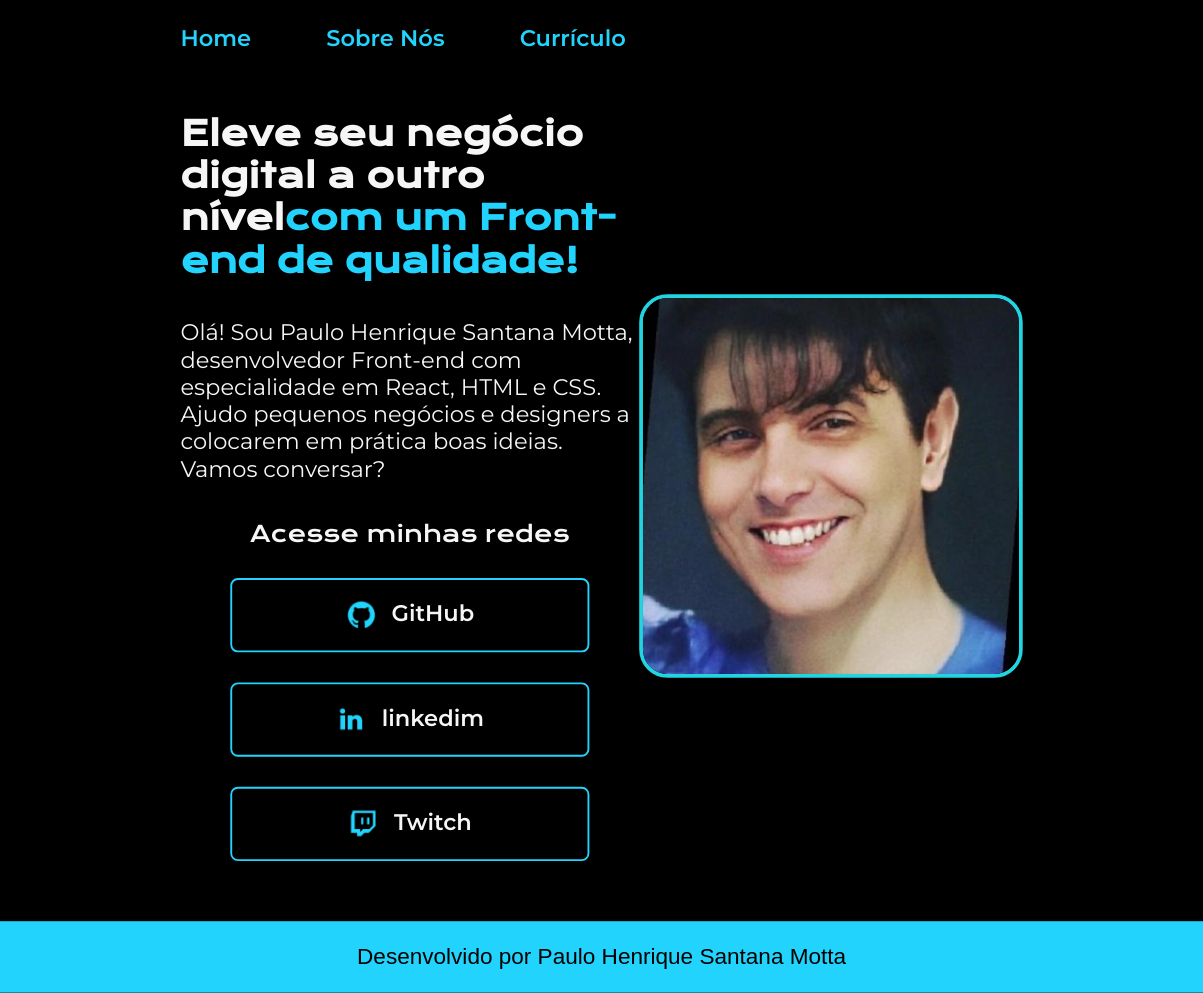
Repository: phsmottanerd/projeto-portfolio-alura
Page: index.html
These files come from the project's save history. The page is drawn as it stood at one moment and after the next save; the edit follows.
The browser window is 1280 px wide. The pictures show the whole page, at 94% of full size.

Above is the page before, as saved 2025-01-28 01:19:38.

After the next save:
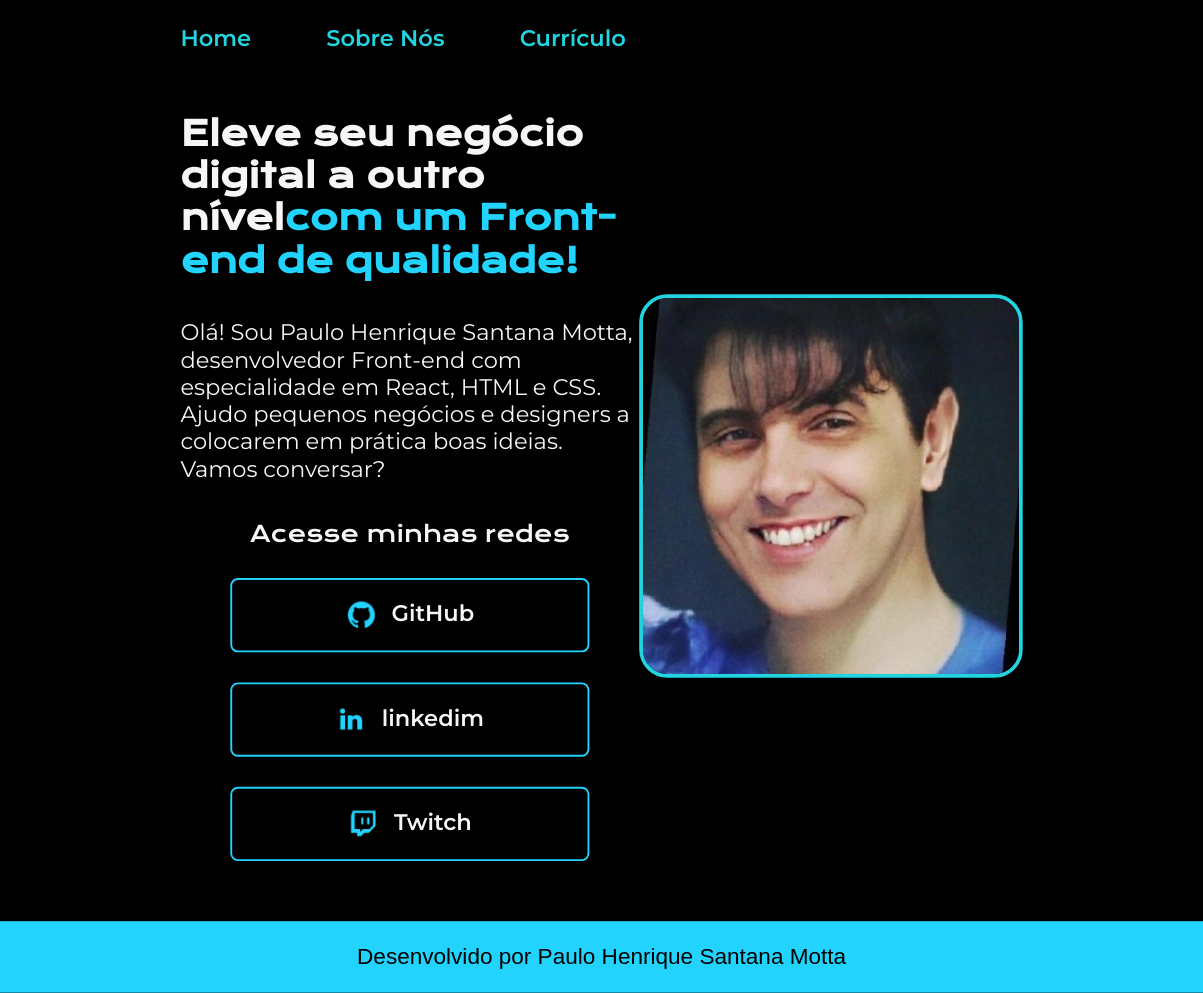
Saved 2 min 14 s later.
--- a/estilos/style.css
+++ b/estilos/style.css
@@ -35,7 +35,7 @@ padding: 2%  0%  0%  15%;
     font-family:'Montserrat',sans-serif;
     font-size:24px;
     font-weight:600;
-    color:#22D4FD;
+    color:var(--cor-terciaria);
     text-decoration:none;
 }
 
